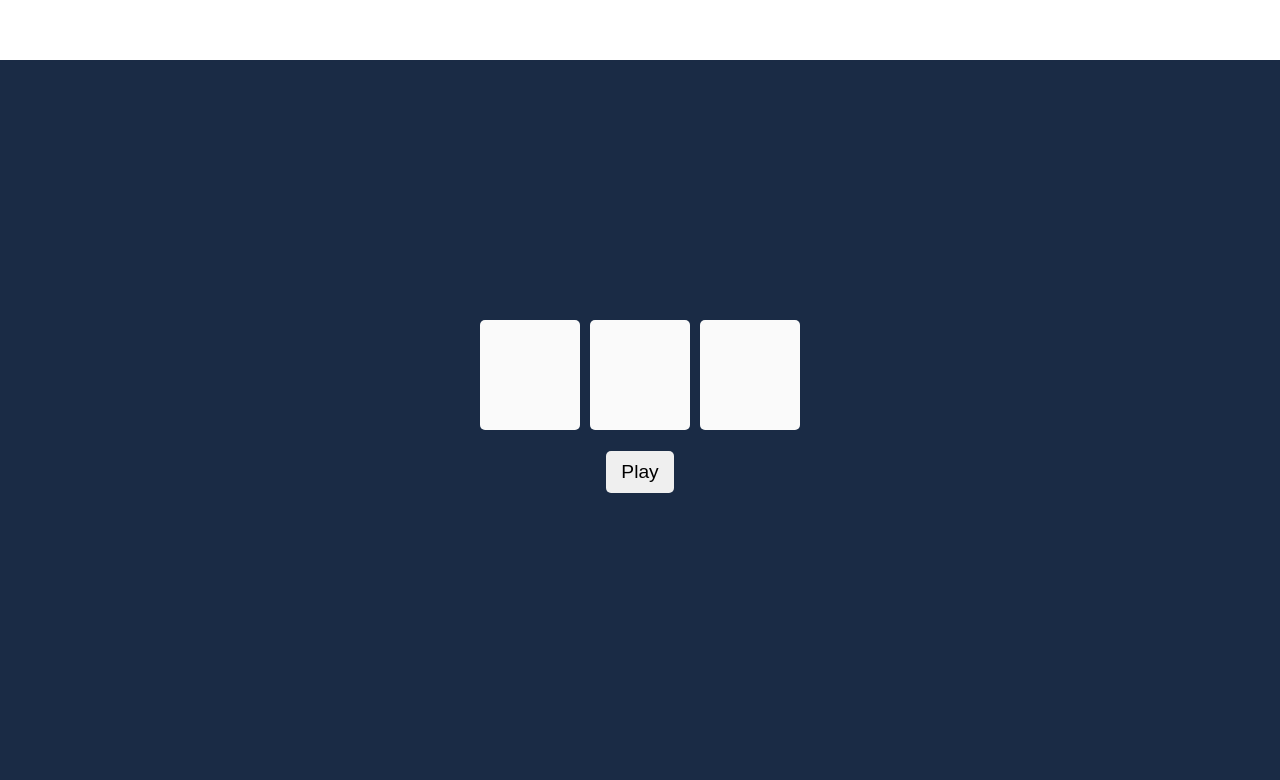
Repository: HERBOD7/slotmachine
Page: /
The author's editor kept a copy of each file at every save. The page is drawn from the files as they stood at one save, then again after the next save.
The browser window is 1280 px wide. The pictures show the whole page.
The project was rebuilt for these pictures with package versions that can differ from the ones it lists, and the page was loaded fresh each time. Also part of the build but not shown: vue.config.js.

Above is the page before, as saved 2023-07-23 11:19:56.

### src/App.vue
<template>
  <div id="app">
    <div class="doors">
      <div class="door" v-for="(symbol, name, i) in symbols" :key="i">
        <!-- <div class="boxes">
          <div
            :class="[
              'box',
              isShuffling ? 'before-animate blur' : name + '-animation',
            ]"
            v-for="(item, index) in symbol"
            :key="index"
          >
            {{ item }}
          </div>
        </div> -->
        <SlotBox :symbols="symbol" :slotIsShuffling="isShuffling" />
      </div>
    </div>

    <div class="buttons">
      <button @click="spin" id="spinner">Play</button>
    </div>
  </div>
</template>

<script>
import SlotBox from "./components/SlotBox.vue";

export default {
  name: "App",
  components: {
    SlotBox,
  },
  data() {
    return {
      symbols: {
        firstSlot: ["🍋", "🍉", "🍒", "🍊"],
        secondSlot: ["🍋", "🍉", "🍒", "🍊"],
        thirdSlot: ["🍋", "🍉", "🍒", "🍊"],
      },
      isShuffling: false,
    };
  },
  methods: {
    spin() {
      this.isShuffling = true;
      for (let name in this.symbols) {
        const arr = [];
        arr.push(...this.symbols[name]);
        this.symbols[name] = this.shuffle(arr);
      }
      setTimeout(() => {
        this.isShuffling = false;
      }, 100);
    },
    shuffle(array) {
      for (let i = array.length - 1; i > 0; i--) {
        const j = Math.floor(Math.random() * (i + 1));
        [array[i], array[j]] = [array[j], array[i]];
      }
      return array;
    },
  },
};
</script>

<style>
#app {
  font-family: Avenir, Helvetica, Arial, sans-serif;
  -webkit-font-smoothing: antialiased;
  -moz-osx-font-smoothing: grayscale;
  text-align: center;
  color: #2c3e50;
  margin-top: 60px;
}

body {
  width: 100vw;
  height: 100vh;
  margin: 0;
  padding: 0;
}

#app {
  width: 100%;
  height: 100%;
  background: #1a2b45;
  display: flex;
  flex-direction: column;
  justify-content: center;
  align-items: center;
}

.doors {
  display: flex;
}

.door {
  background: #fafafa;
  width: 100px;
  height: 110px;
  overflow: hidden;
  border-radius: 5px;
  margin: 5px;
}

/* .boxes {
  transform: translateY(0);
  transition: transform 1s ease-in-out;
}

.box {
  display: flex;
  justify-content: center;
  align-items: center;
  font-size: 3rem;
  height: 110px;
  width: 100px;
}

.firstSlot-animation {
  transform: translateY(3px);
  transition: transform 0.5s ease-in-out;
}

.secondSlot-animation {
  transform: translateY(3px);
  transition: transform 0.8s ease-in-out;
}

.thirdSlot-animation {
  transform: translateY(3px);
  transition: transform 1s ease-in-out;
}

.before-animate {
  transform: translateY(-20px);
}

.blur {
  filter: blur(1px);
} */

.buttons {
  margin: 1rem 0 2rem 0;
}

button {
  cursor: pointer;
  font-size: 1.2rem;
  margin: 0 0.2rem;
  border: none;
  border-radius: 5px;
  padding: 10px 15px;
}

.info {
  position: fixed;
  bottom: 0;
  width: 100%;
  text-align: center;
}
</style>

### src/components/SlotBox.vue
<template>
  <div class="boxes">
    <div
      :class="[
        'box',
        slotIsShuffling ? 'before-animate blur' : name + '-animation',
      ]"
      v-for="(item, index) in symbol"
      :key="index"
    >
      {{ item }}
    </div>
  </div>
</template>

<script>
export default {
  name: "SlotBox",
  props: {
    symbols: Array,
    slotIsShuffling: Boolean,
  },
};
</script>

<!-- Add "scoped" attribute to limit CSS to this component only -->
<style scoped>
.boxes {
  transform: translateY(0);
  transition: transform 1s ease-in-out;
}

.box {
  display: flex;
  justify-content: center;
  align-items: center;
  font-size: 3rem;
  height: 110px;
  width: 100px;
}

.firstSlot-animation {
  transform: translateY(3px);
  transition: transform 0.5s ease-in-out;
}

.secondSlot-animation {
  transform: translateY(3px);
  transition: transform 0.8s ease-in-out;
}

.thirdSlot-animation {
  transform: translateY(3px);
  transition: transform 1s ease-in-out;
}

.before-animate {
  transform: translateY(-20px);
}

.blur {
  filter: blur(1px);
}
</style>

Loaded but not shown: public/index.html (common file); src/main.js (common file)

After the next save:
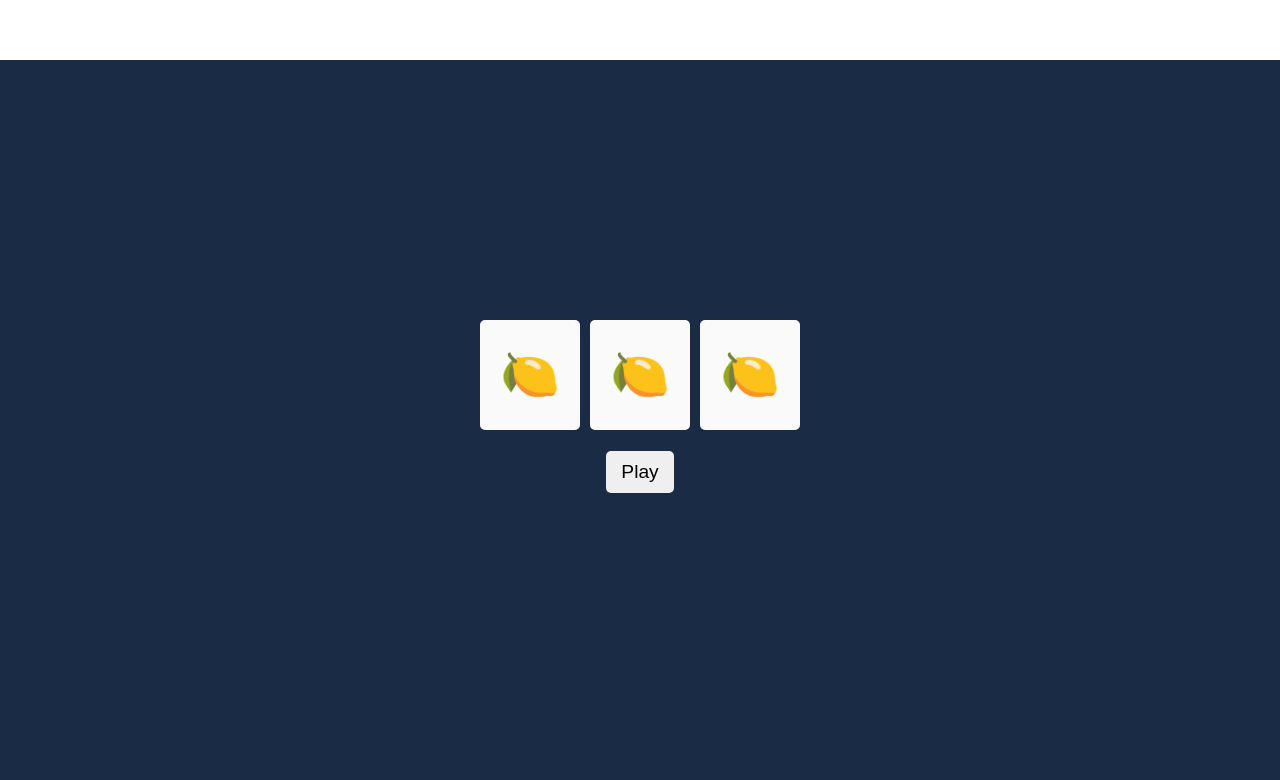
Saved 28 s later.
--- a/src/components/SlotBox.vue
+++ b/src/components/SlotBox.vue
@@ -5,7 +5,7 @@
         'box',
         slotIsShuffling ? 'before-animate blur' : name + '-animation',
       ]"
-      v-for="(item, index) in symbol"
+      v-for="(item, index) in symbols"
       :key="index"
     >
       {{ item }}
